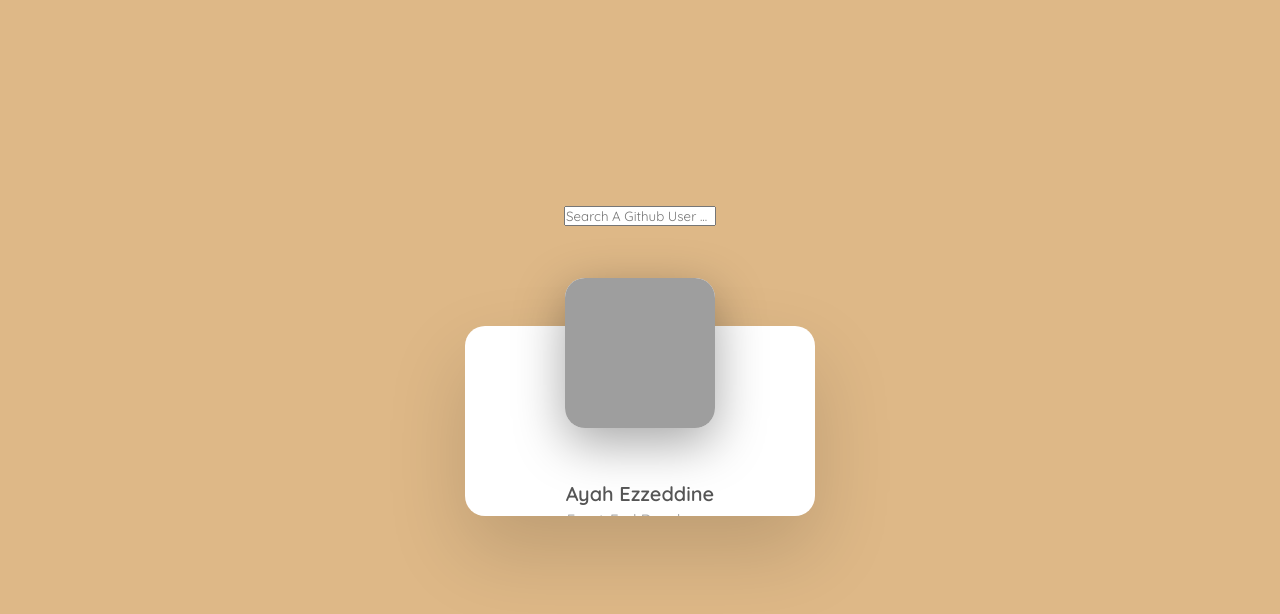
Repository: ayah1996/Github-Profiles
Page: index.html
These files come from the project's save history. The page is drawn as it stood at one moment and after the next save; the edit follows.
The browser window is 1280 px wide. The pictures show the whole page.
Pictures or frames that could not be fetched are drawn as grey boxes. The page's requests for data from a server got no answer.

Above is the page before, as saved 2023-01-26 14:35:37.

### index.html
<!DOCTYPE html>
<html lang="en">
  <head>
    <meta charset="UTF-8" />
    <meta http-equiv="X-UA-Compatible" content="IE=edge" />
    <meta name="viewport" content="width=device-width, initial-scale=1.0" />
    <link rel="stylesheet" href="style.css" />
    <script src="script.js" defer></script>
    <title>Github Profile</title>
  </head>
  <body>
    <main id="main">
      <form id="form">
        <input type="text" id="search" placeholder="Search A Github User ..." />
      </form>
      <div class="card">
        <div class="imgBox">
          <img src="unnamed.jpg" alt="profile Image" />
        </div>
        <div class="content">
          <div class="details">
            <h2>Ayah Ezzeddine <br /><span> Front-End Developer </span></h2>
            <div class="data">
              <h3>342<br /><span>Followers</span></h3>
              <h3>342<br /><span>Following</span></h3>
              <h3>100<br /><span>Repos</span></h3>
            </div>
          </div>
        </div>
      </div>
    </main>
  </body>
</html>

### style.css
@import url("https://fonts.googleapis.com/css2?family=Quicksand:wght@400;500;600;700&display=swap");

* {
  margin: 0;
  padding: 0;
  box-sizing: border-box;
  font-family: "Quicksand", sans-serif;
}

body {
  margin: 0;
}

#main {
  display: flex;
  justify-content: center;
  flex-direction: column;
  align-items: center;
  min-height: 100vh;
  background-color: burlywood;
}
#form {
  margin-bottom: 100px;
}

.card {
  position: relative;
  width: 350px;
  height: 190px;
  /* height: 450px; */
  background-color: #fff;
  border-radius: 20px;
  box-shadow: 0 35px 80px rgba(0, 0, 0, 0.15);
  transition: 0.5s;
}

.card:hover {
  height: 450px;
}

.imgBox {
  position: absolute;
  left: 50%;
  top: -25%;
  transform: translateX(-50%);
  width: 150px;
  height: 150px;
  background-color: #fff;
  border-radius: 20px;
  box-shadow: 0 15px 50px rgba(0, 0, 0, 0.35);
  overflow: hidden;
  transition: 0.5s;
}
.card:hover .imgBox {
  width: 250px;
  height: 250px;
}
.imgBox img {
  position: absolute;
  top: 0;
  left: 0;
  width: 100%;
  height: 100%;
  -o-object-fit: cover;
  object-fit: cover;
}

.card .content {
  position: absolute;
  width: 100%;
  height: 100%;
  display: flex;
  justify-content: center;
  align-items: flex-end;
  overflow: hidden;
}

.card .details {
  width: 100%;
  padding: 40px;
  text-align: center;
  transition: 0.5s;
  transform: translateY(135px);
}

.card:hover .details {
  transform: translateY(0px);
}
.card .details h2 {
  font-size: 1.25em;
  font-weight: 600;
  color: #555;
  line-height: 1.2em;
}

.card .details h2 span {
  font-size: 0.75em;
  font-weight: 500;
  opacity: 0.5;
}

.card .details .data {
  display: flex;
  justify-content: space-between;
  margin: 20px 0;
}

.card .details .data h3 {
  font-size: 1em;
  color: #555;
  line-height: 1.2em;
  font-weight: 600;
}
.card .details .data h3 span {
  font-size: 0.85em;
  font-weight: 400;
  opacity: 0.5;
}

### script.js
const APIURL = "https://api.github.com/users/";

const main = document.getElementById("main");
const form = document.getElementById("form");
const search = document.getElementById("search");

getUser("ayah1996");

async function getUser(username) {
  const response = await fetch(APIURL + username);
  const data = await response.json();

  createUserCard(data);
  getRepos(username);
}

async function getRepos(username) {
  const response = await fetch(APIURL + username + "/repos");
  const data = await response.json();

  addReposToCard(data);
}

function createUserCard(user) {
  const cardHTML = ``;
}

After the next save:
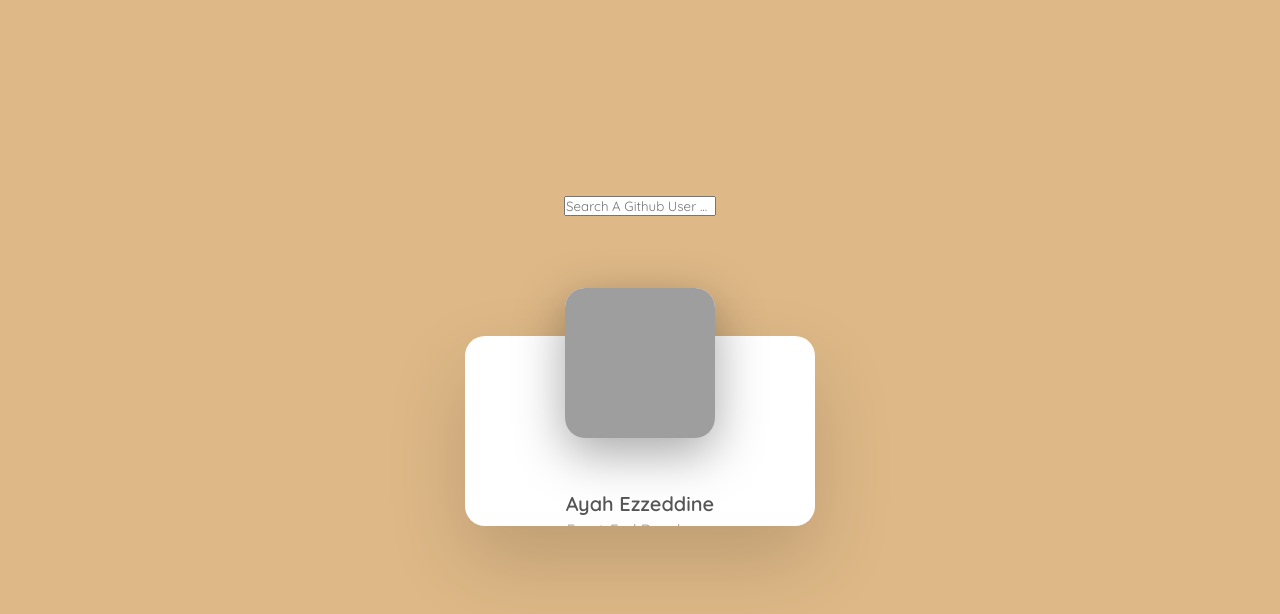
Saved 8 s later.
--- a/style.css
+++ b/style.css
@@ -20,7 +20,7 @@
   background-color: burlywood;
 }
 #form {
-  margin-bottom: 100px;
+  margin-bottom: 120px;
 }
 
 .card {
